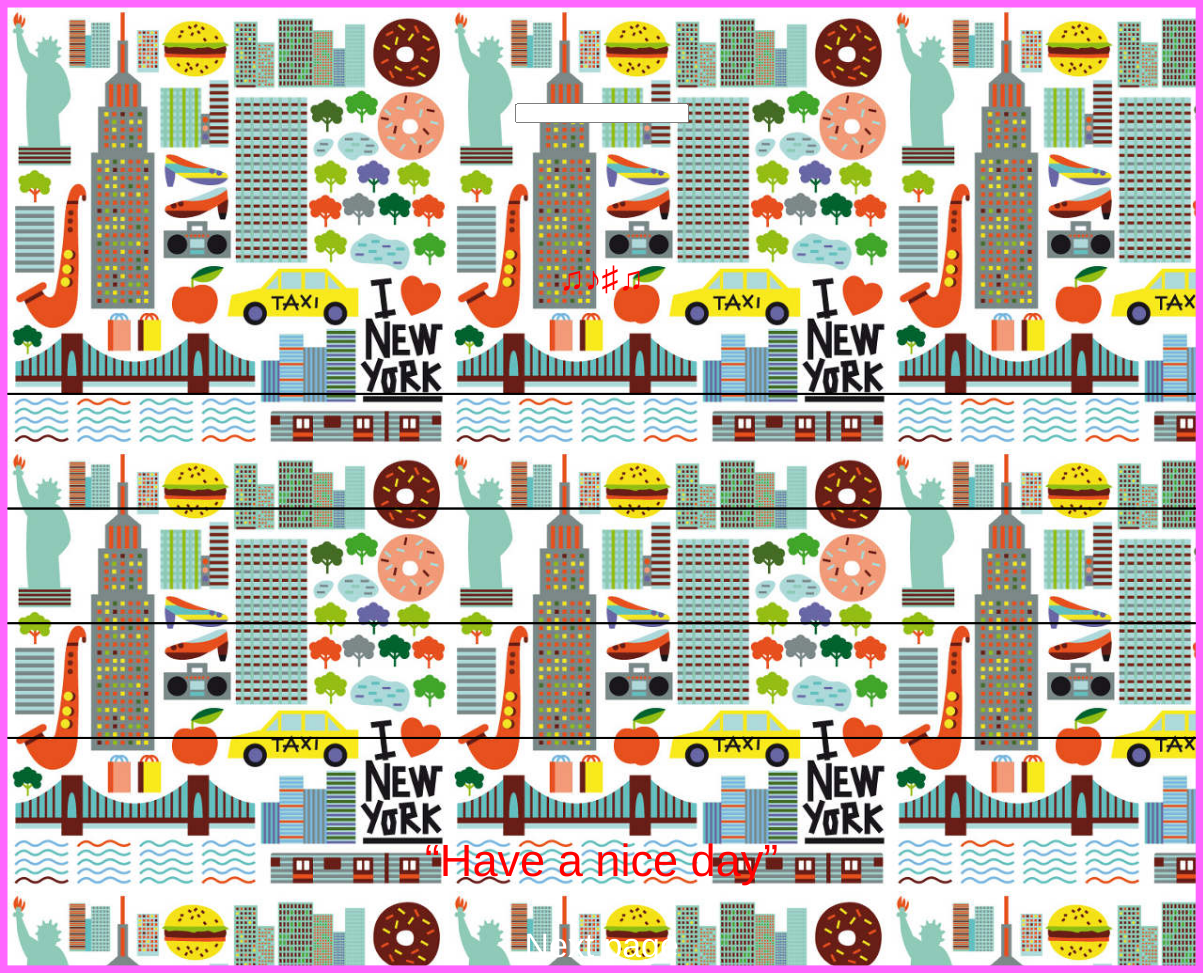
Repository: jangj879/jangj879.github.io
Page: 3_page.html
The author's editor kept a record of every edit. The page is drawn from the files as they stood at one moment, then again after the next edit.
The browser window is 1280 px wide. The pictures show the whole page, at 94% of full size.

Above is the page before.

After the next edit:
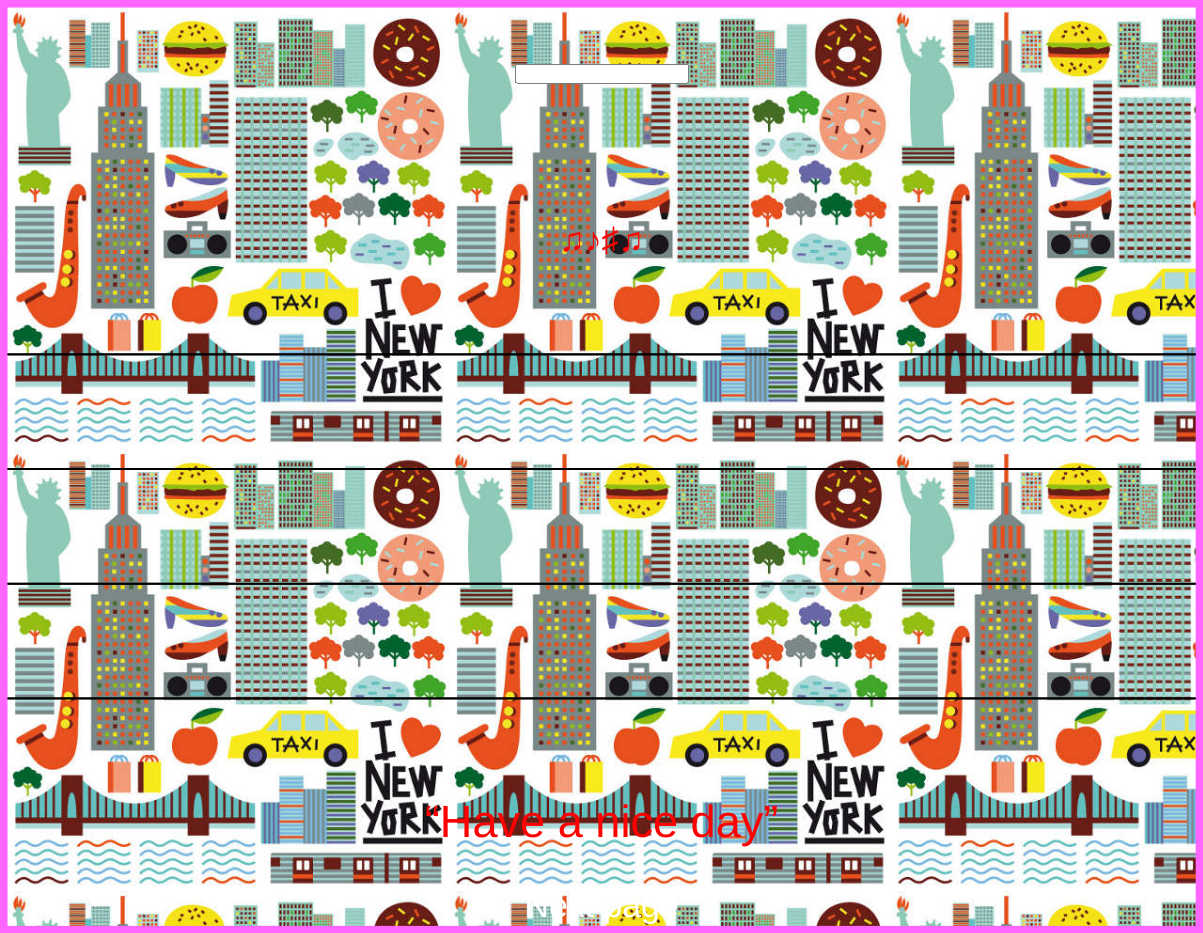
The edit:
--- a/3_page.html
+++ b/3_page.html
@@ -44,10 +44,8 @@
 </style>
 </head>
 </body>
+<br>
 
-
-    <br>
-    </br>
     <input type=text></input>
     <br></br>
 
